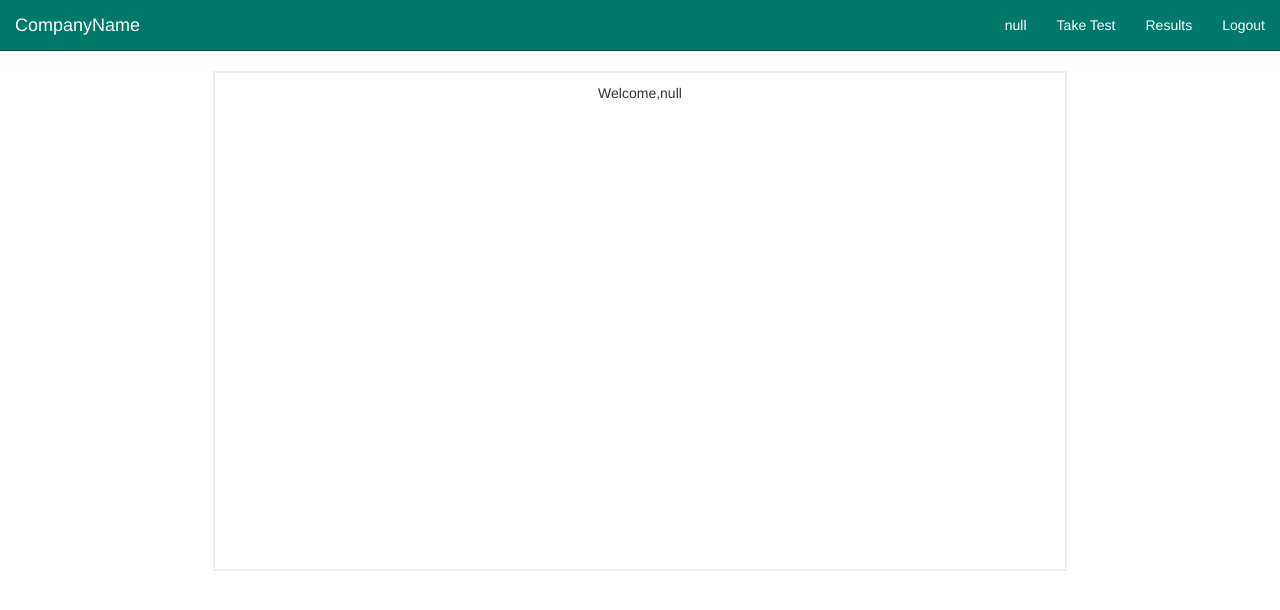
Repository: jayakumar721/projects
Page: http://localhost/TestEngine/dashboard.jsp
The author's editor kept a copy of each file at every save. The page is drawn from the files as they stood at one save, then again after the next save.
The browser window is 1280 px wide. The pictures show the whole page.
Some web libraries are served in a nearby version. The page is served by Tomcat 9. Other server files are loaded and not shown.

Above is the page before, as saved 2017-11-28 04:02:25.

### TestEngine/WebContent/dashboard.jsp
<%@ page language="java" contentType="text/html; charset=UTF-8"
	pageEncoding="UTF-8"%>
<!DOCTYPE html PUBLIC "-//W3C//DTD HTML 4.01 Transitional//EN" "http://www.w3.org/TR/html4/loose.dtd">
<html>
<head>
<meta http-equiv="Content-Type" content="text/html; charset=UTF-8">
<title>dashboard</title>
<link rel="stylesheet"
	href="https://maxcdn.bootstrapcdn.com/bootstrap/3.3.7/css/bootstrap.min.css">

<!-- jQuery library -->
<script
	src="https://ajax.googleapis.com/ajax/libs/jquery/3.2.1/jquery.min.js"></script>
<script src="vendor/jquery-validation/dist/jquery.validate.min.js"></script>

<!-- Latest compiled JavaScript -->
<script
	src="https://maxcdn.bootstrapcdn.com/bootstrap/3.3.7/js/bootstrap.min.js"></script>
<style type="text/css">
.navbar-inverse {
	background: #00796B;
	border-bottom-color: #004D40;
}

.navbar-inverse .navbar-nav>li>a, .navbar-inverse .navbar-brand,
	.navbar-inverse .navbar-nav>.dropdown>a .caret {
	color: #fff;
}

.navbar-inverse .navbar-nav>.open>a, .navbar-inverse .navbar-nav>.open>a:hover,
	.navbar-inverse .navbar-nav>.open>a:focus, .navbar-nav>li>.dropdown-menu
	{
	background: #4DB6AC;
}

.nav-pills
>
li
>
a
,
{
color




:





#303F9F




;
}
.nav>li>a:hover, .nav>li>a:focus {
	background-color: #EEEEEE;
}

.right {
	height: 500px;
	border: 2px solid #EEEEEE;
}
</style>
</head>
<body>
	<div>
		<%@ include file="header.jsp"%>
	</div>
	<div class="col-sm-2"></div>
	<div class="right col-sm-8">
		<div style="width:100%;height:20px;text-align:center;margin-top:10px">Welcome,<%=session.getAttribute("name") %></div>


	</div>



</body>
</html>

### TestEngine/WebContent/header.jsp
<%@ page language="java" contentType="text/html; charset=UTF-8"
	pageEncoding="UTF-8"%>
<!DOCTYPE html PUBLIC "-//W3C//DTD HTML 4.01 Transitional//EN" "http://www.w3.org/TR/html4/loose.dtd">
<html>
<head>
<meta charset="UTF-8">
<title>Insert title here</title>

<link rel="stylesheet"
	href="https://maxcdn.bootstrapcdn.com/bootstrap/3.3.7/css/bootstrap.min.css">

<!-- jQuery library -->
<script
	src="https://ajax.googleapis.com/ajax/libs/jquery/3.2.1/jquery.min.js"></script>
<script src="vendor/jquery-validation/dist/jquery.validate.min.js"></script>

<!-- Latest compiled JavaScript -->
<script
	src="https://maxcdn.bootstrapcdn.com/bootstrap/3.3.7/js/bootstrap.min.js"></script>
<style type="text/css">
.navbar-inverse {
	background: #00796B;
	border-bottom-color: #004D40;
}

.navbar-inverse .navbar-nav>li>a, .navbar-inverse .navbar-brand,
	.navbar-inverse .navbar-nav>.dropdown>a .caret {
	color: #fff;
}

.navbar-inverse .navbar-nav>.open>a, .navbar-inverse .navbar-nav>.open>a:hover,
	.navbar-inverse .navbar-nav>.open>a:focus, .navbar-nav>li>.dropdown-menu
	{
	background: #4DB6AC;
}

.nav-pills
>
li
>
a
,
{
color
:

#303F9F
;


}
.nav>li>a:hover, .nav>li>a:focus {
	background-color: #EEEEEE;
}
</style>

</head>
<body>
	<div id="top-nav" class="navbar navbar-inverse navbar-static-top">
		<div class="container-fluid">
			<div class="navbar-header">
				<button type="button" class="navbar-toggle" data-toggle="collapse"
					data-target=".navbar-collapse">
					<span class="icon-bar"></span> <span class="icon-bar"></span> <span
						class="icon-bar"></span>
				</button>
				<a class="navbar-brand" href="dashboard.jsp">CompanyName</a>
			</div>
			<div class="navbar-collapse collapse">
				<ul class="nav navbar-nav navbar-right">
					<li><i class="fa fa-user-circle"></i><a><%=session.getAttribute("name")%></a>

					</li>
					<li><a href="Questions" id="taketest"><i
							class="fa fa-dashboard"></i> Take Test</a></li>
					<li><a href="Results" id="result"><i class="fa fa-tags"></i>
							Results</a></li>
					<li><a href="Login.html"><i class="fa fa-sign-out"></i>
							Logout</a></li>
				</ul>
			</div>
		</div>
		<!-- /container -->
	</div>

</body>
</html>

After the next save:
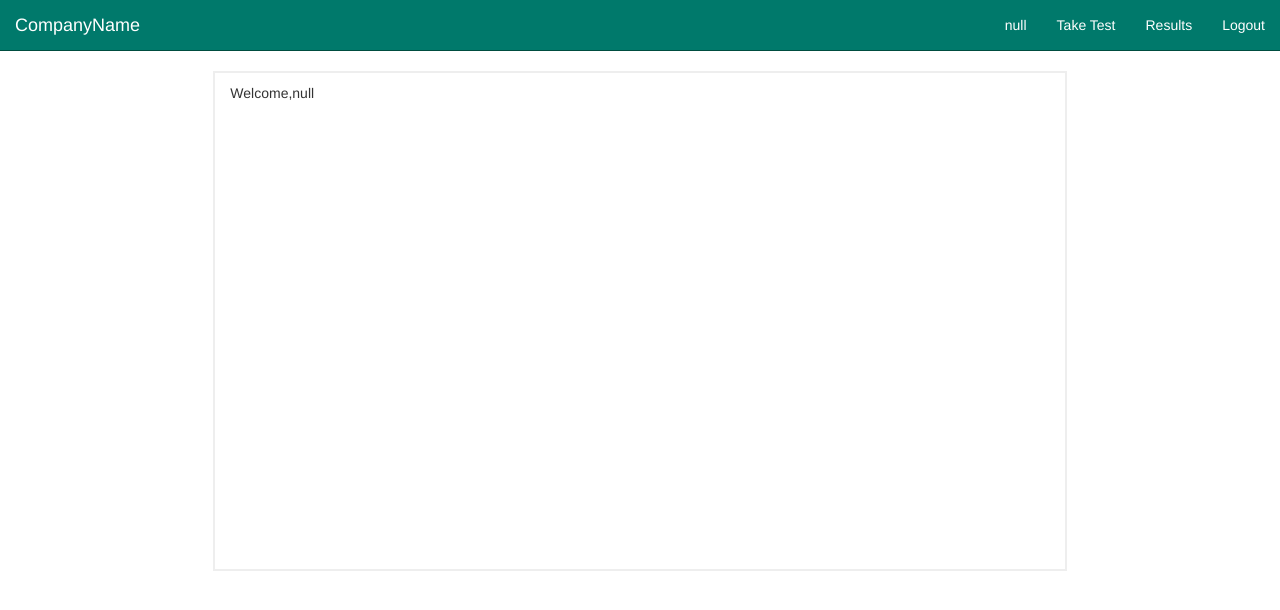
Saved 26 s later.
--- a/TestEngine/WebContent/dashboard.jsp
+++ b/TestEngine/WebContent/dashboard.jsp
@@ -74,7 +74,7 @@ color
 	</div>
 	<div class="col-sm-2"></div>
 	<div class="right col-sm-8">
-		<div style="width:100%;height:20px;text-align:center;margin-top:10px">Welcome,<%=session.getAttribute("name") %></div>
+		<div style="width:100%;height:20px;text-color:blue;margin-top:10px">Welcome,<%=session.getAttribute("name") %></div>
 
 
 	</div>
